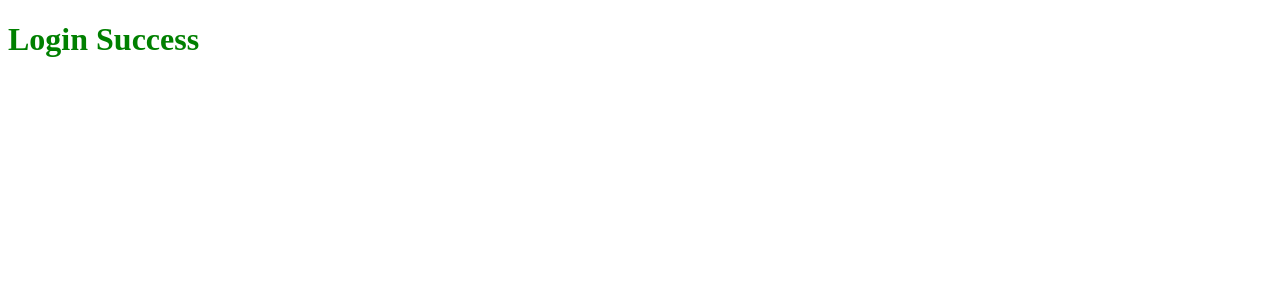
Repository: MaheshAwaji/JavaProjects
Page: http://localhost/servelet1/success.jsp
These files come from the project's save history. The page is drawn as it stood at one moment and after the next save; the edit follows.
The browser window is 1280 px wide. The pictures show the whole page.
The page is served by Tomcat 9.

Above is the page before, as saved 2024-07-01 10:25:21.

After the next save:
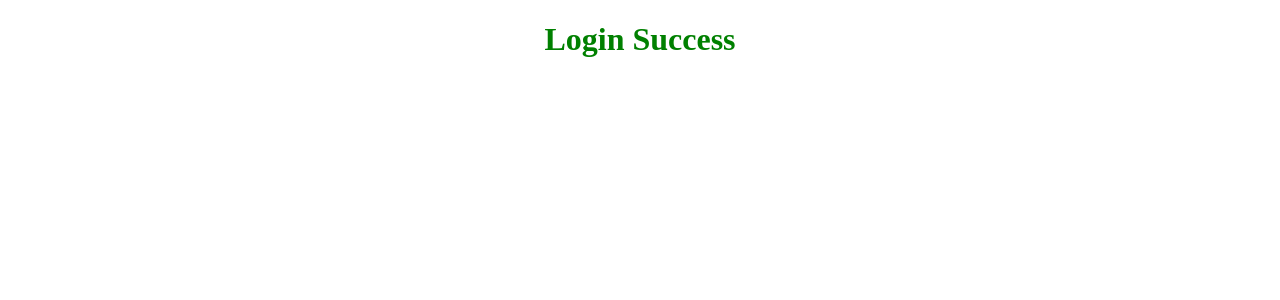
Saved 109 s later.
--- a/servelet1/src/main/webapp/success.jsp
+++ b/servelet1/src/main/webapp/success.jsp
@@ -7,6 +7,9 @@
 <title>Insert title here</title>
 </head>
 <body>
-	<h1 style="color: green" >Login Success</h1>
+	<div align="center">
+		<h1 style="color: green">Login Success</h1>
+	</div>
+
 </body>
 </html>
